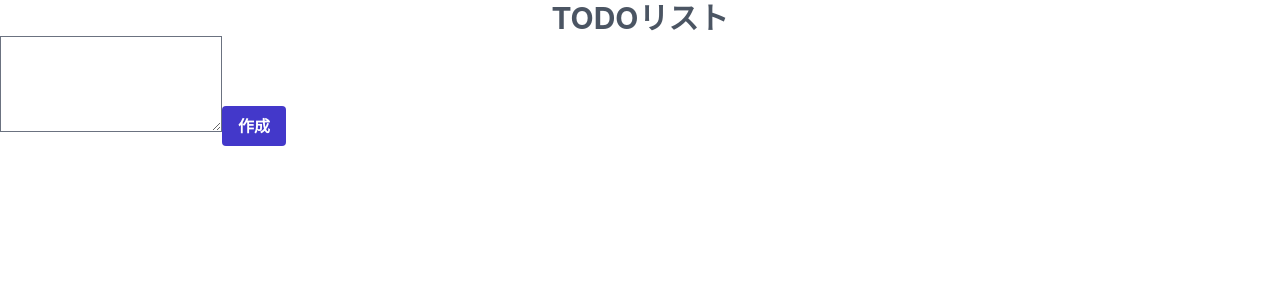
Repository: 1718wani/tsmemoapp
Page: /
These files come from the project's save history. The page is drawn as it stood at one moment and after the next save; the edit follows.
The browser window is 1280 px wide. The pictures show the whole page.
The project was rebuilt for these pictures with package versions that can differ from the ones it lists, and the page was loaded fresh each time. Also part of the build but not shown: webpack.config.js, src/App.css.

Above is the page before, as saved 2023-06-10 20:35:45.

### src/index.tsx
import React from 'react';
import ReactDOM from 'react-dom/client';
import './index.css';
import App from './App';
import  "../src/input.css"

const root = ReactDOM.createRoot(
  document.getElementById('root') as HTMLElement
);
root.render(
  <React.StrictMode>
    <App />
  </React.StrictMode>
);

### src/App.tsx
import React, { FC, useState } from "react";
import "./App.css";
import { type } from "os";

function App() {
  const [inputValue, setInputValue] = useState("");
  const [notes, setNotes] = useState<Note[]>([]);
  const [imagePreview, setImagePreview] = useState<string | undefined>();

  type Note = {
    inputValue: string;
    id: number;
    checked: boolean;
    imageUrl?: string;
  };

  const handleChange = (e: React.ChangeEvent<HTMLTextAreaElement>) => {
    setInputValue(e.target.value);
  };

  const handleSubmit = (e: React.FormEvent<HTMLFormElement>) => {
    e.preventDefault();

    const newNote: Note = {
      inputValue: inputValue,
      id: notes.length,
      checked: false,
      imageUrl: imagePreview,
    };

    setNotes([newNote, ...notes]);
    setImagePreview(undefined);
    setInputValue("");
  };

  const handlePaste = (event: React.ClipboardEvent<HTMLTextAreaElement>) => {
    const items = event.clipboardData?.items;
    console.log(items);

    if (items) {
      for (let i = 0; i < items.length; i++) {
        const item = items[i];
        if (item.type.indexOf("image") !== -1) {
          console.log(item);
          const file = item.getAsFile();
          const blob = new Blob([file!], { type: file!.type });
          const imageUrl = URL.createObjectURL(blob);
          setImagePreview(imageUrl);
        }
      }
    }
  };

  return (
    <div>
      <div>
        <h2 className="font-bold text-center text-gray-600 text-3xl" >TODOリスト</h2>
        <div>

        </div>
        <form onSubmit={(e) => handleSubmit(e)}>
          <textarea
            value={inputValue}
            onPaste={handlePaste}
            onChange={(e) => handleChange(e)}
            className="border border-gray-500 focus:border-blue-500 h-24 "
          />
          <button className="bg-indigo-700 font-semibold text-white py-2 px-4 rounded">
          <input type="submit" value="作成"  />
          </button>

        </form>
        <div>
          {imagePreview && <img src={imagePreview} alt="Pasted preview" />}
        </div>
        <ul>
          {notes.map((todo) => (
            <li key={todo.id}>{todo.inputValue}</li>
          ))}
        </ul>
      </div>
    </div>
  );
}

export default App;

### src/input.css
@tailwind base;
@tailwind components;

.btn{
    @apply font-semibold text-white py-2 px-4 rounded;
}

@tailwind utilities;

Loaded but not shown: public/index.html (common file); src/index.css (common file); tailwind.config.js (common file)

After the next save:
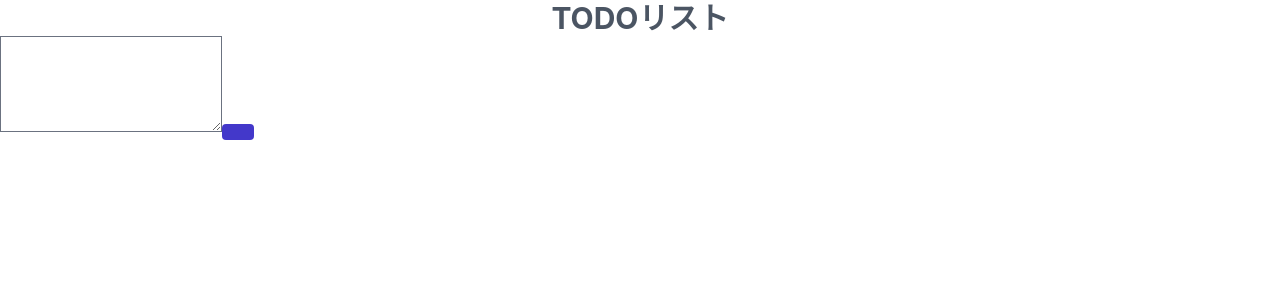
Saved 2 min 0 s later.
--- a/src/App.tsx
+++ b/src/App.tsx
@@ -66,7 +66,7 @@ function App() {
             className="border border-gray-500 focus:border-blue-500 h-24 "
           />
           <button className="bg-indigo-700 font-semibold text-white py-2 px-4 rounded">
-          <input type="submit" value="作成"  />
+
           </button>
 
         </form>
